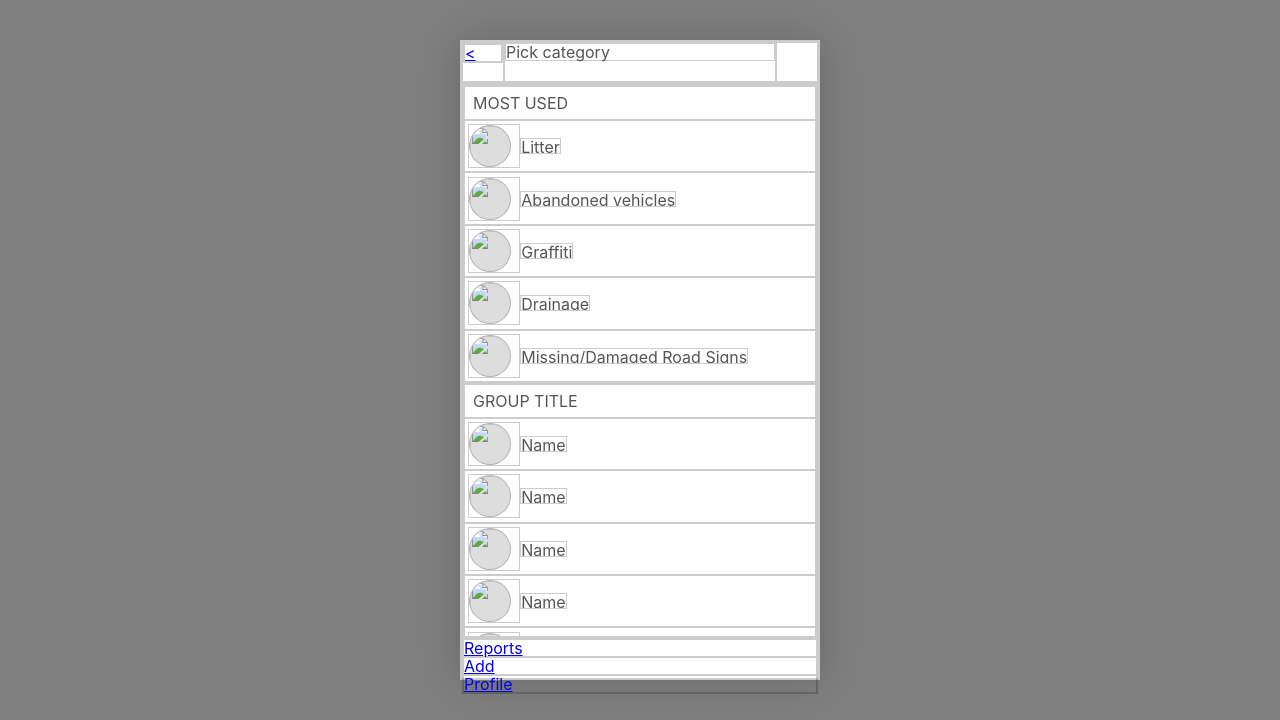
Repository: aleksandrenko/html-css-playground
Page: add report.html
These files come from the project's save history. The page is drawn as it stood at one moment and after the next save; the edit follows.
The browser window is 1280 px wide. The pictures show the whole page.

Above is the page before, as saved 2018-01-19 12:34:56.

After the next save:
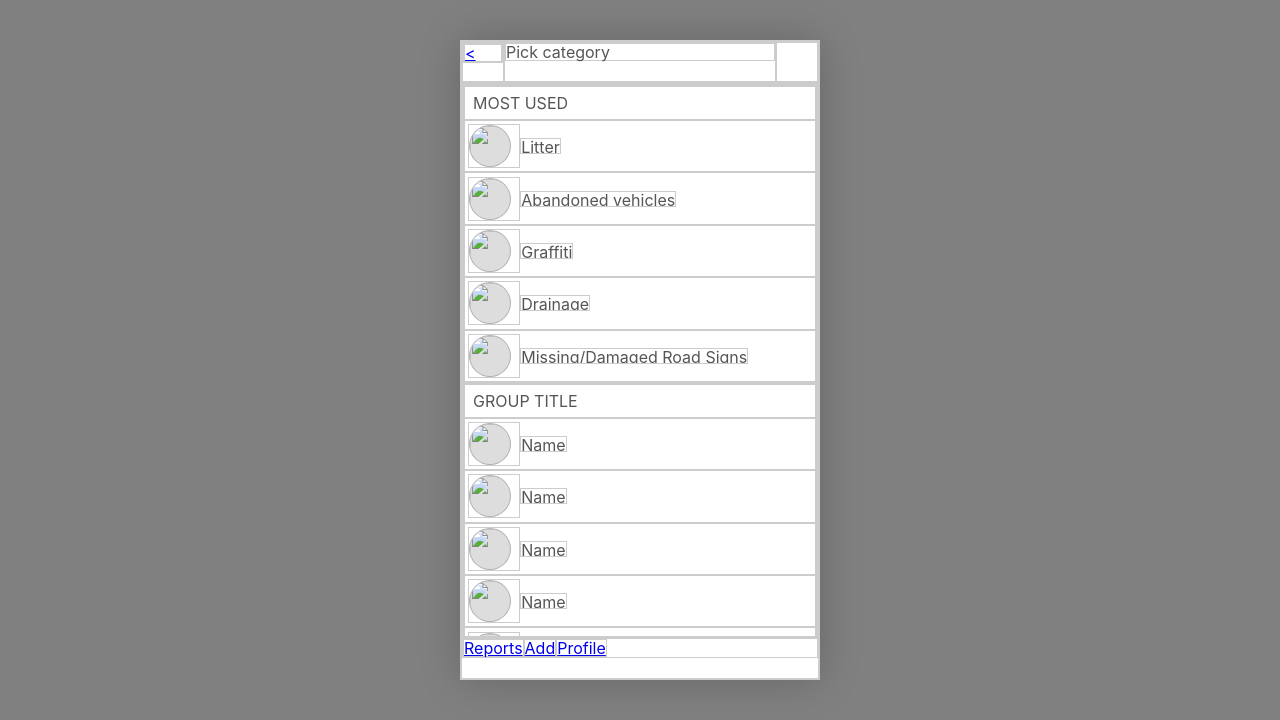
Saved 20 s later.
--- a/css/layout.css
+++ b/css/layout.css
@@ -41,3 +41,8 @@ app footer {
   height: 42px;
   position: relative;
 }
+
+app footer nav {
+  display: flex;
+  flex-direction: row;
+}
